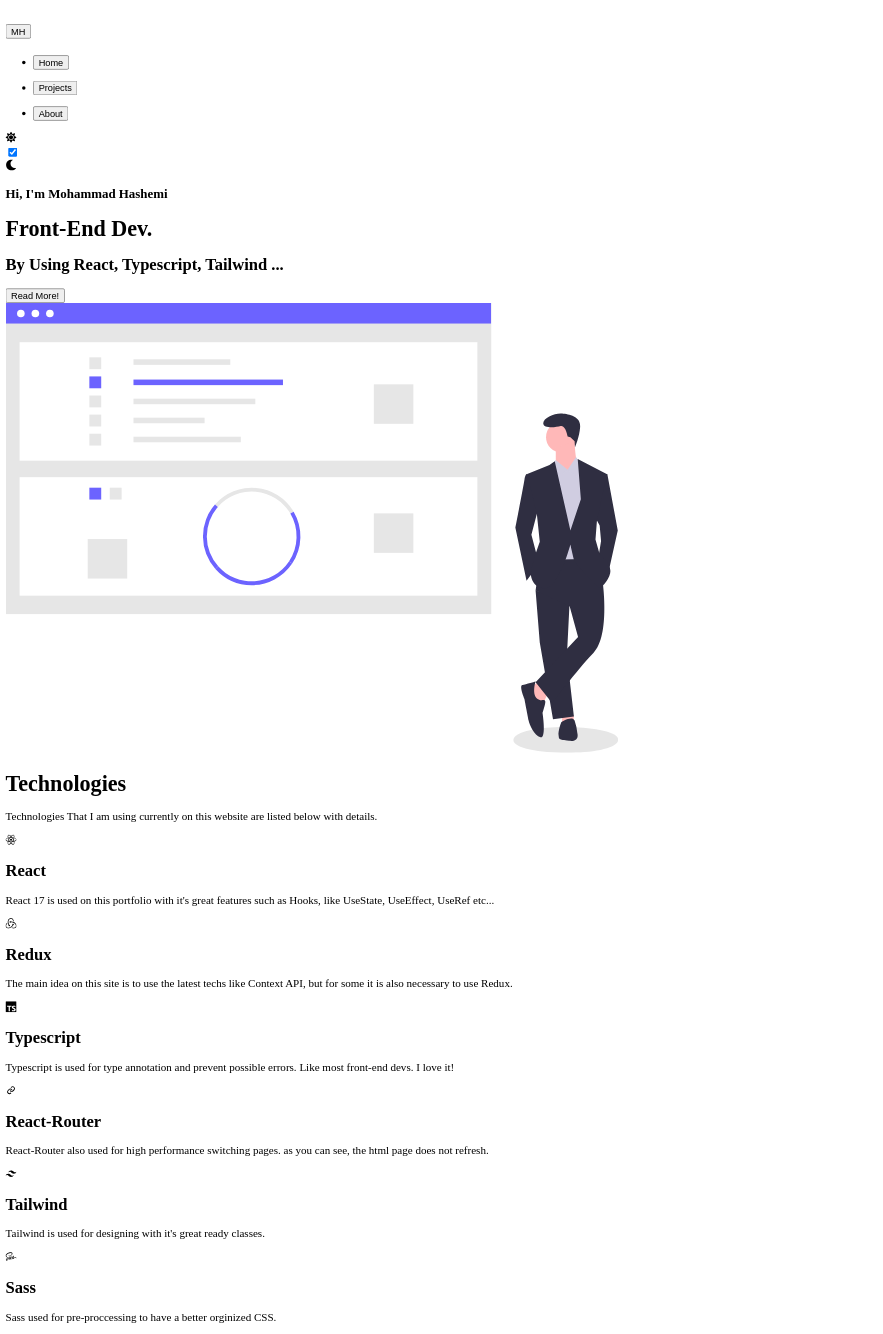
Repository: SMohammadH/react-typescript-tailwind
Page: /
The author's editor kept a copy of each file at every save. The page is drawn from the files as they stood at one save, then again after the next save.
The browser window is 1280 px wide. The pictures show the whole page, at 69% of full size.
The project was rebuilt for these pictures with package versions that can differ from the ones it lists, and the page was loaded fresh each time. Also part of the build but not shown: craco.config.js.

Above is the page before, as saved 2021-02-04 07:26:58.

After the next save:
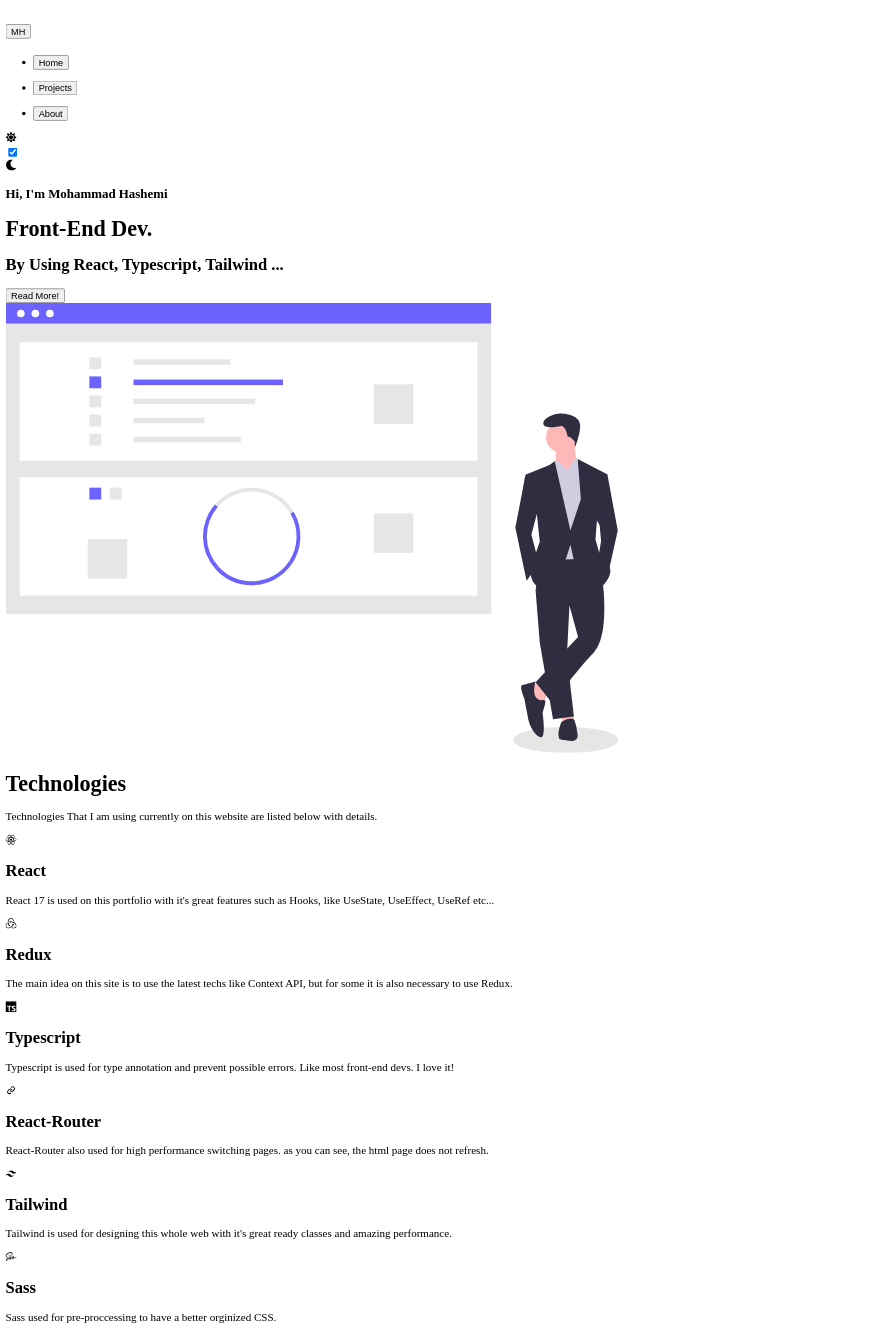
Saved 46 s later.
--- a/src/components/SecondSection.tsx
+++ b/src/components/SecondSection.tsx
@@ -19,7 +19,9 @@
     reactRouter:
       'React-Router also used for high performance switching pages. as you can see, the html page does not refresh.',
   },
-  { tailwind: `Tailwind is used for designing with it's great ready classes.` },
+  {
+    tailwind: `Tailwind is used for designing this whole web with it's great ready classes and amazing performance.`,
+  },
   { sass: 'Sass used for pre-proccessing to have a better orginized CSS.' },
 ];
 console.log(text[0].react);
